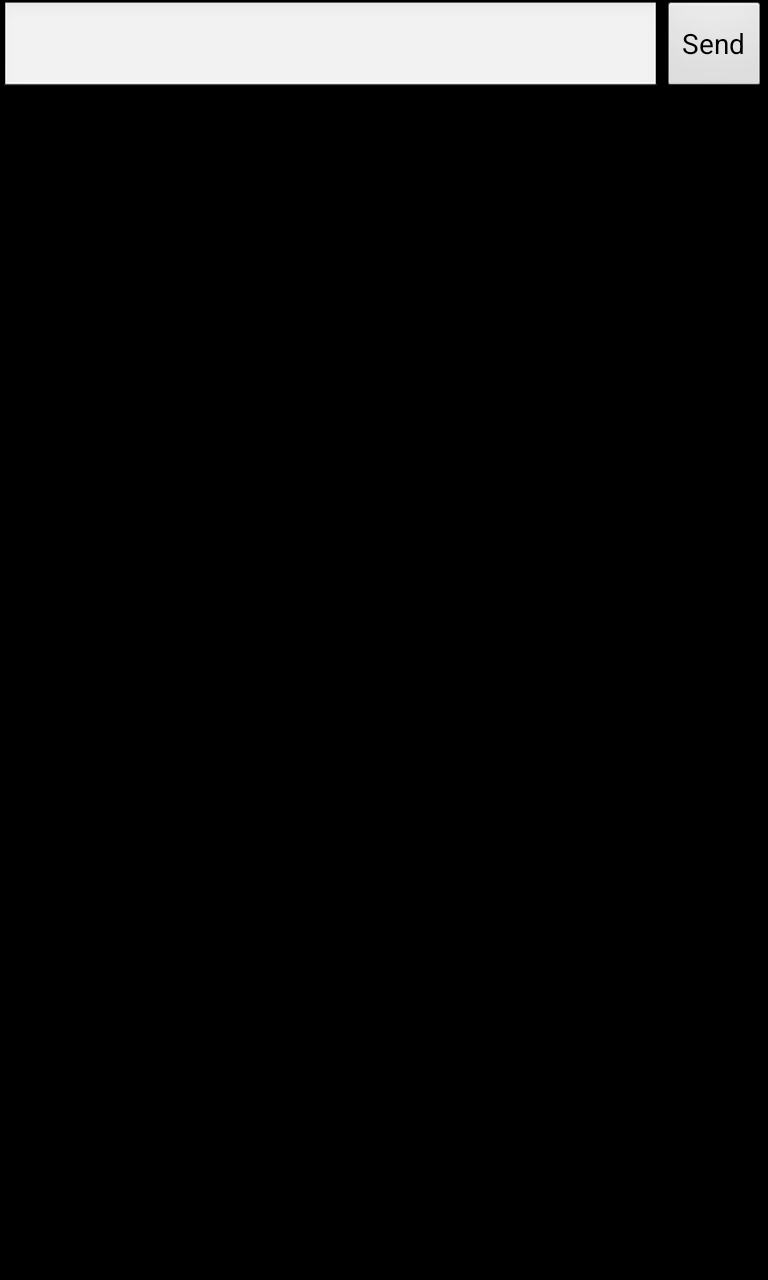
Repository: alexbrickwedde/floodping
Layout: WordClockRemote/res/layout/main.xml
The author's editor kept a copy of each file at every save. The layout is drawn from the files as they stood at one save, then again after the next save.
It is drawn on a 768 x 1280 px phone screen (xhdpi) without system bars, with theme android:Theme; the app's code is not run. Lists and similar views that code fills are empty.

Above is the layout before, as saved 2010-12-19 13:29:02.

After the next save:
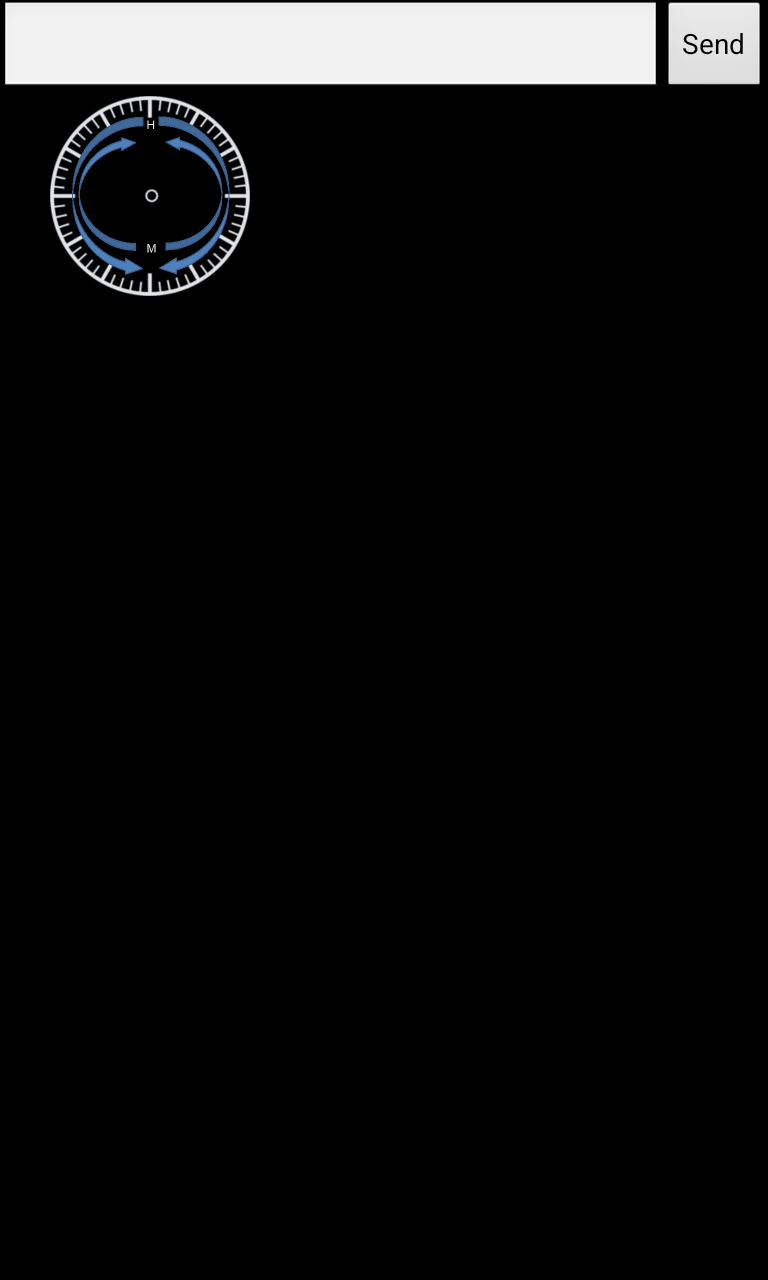
Saved 5 min 10 s later.
--- a/WordClockRemote/res/layout/main.xml
+++ b/WordClockRemote/res/layout/main.xml
@@ -20,10 +20,9 @@
 		xmlns:android="http://schemas.android.com/apk/res/android" android:id="@+id/gestures"
 		android:gestureStrokeType="multiple"
 		android:eventsInterceptionEnabled="true" android:layout_width="match_parent"
-		android:layout_height="200px" android:orientation="vertical">
+		android:layout_height="200px" android:orientation="vertical" android:layout_gravity="center" android:paddingLeft="50px">
 
-		<ImageView src="@drawable/zifferblatt" android:layout_width="wrap_content"
-			android:layout_height="wrap_content" android:tint="#55ff0000" />
+		<ImageView android:tint="#55ff0000" android:background="@drawable/zifferblatt" android:layout_height="200px" android:layout_width="200px"/>
 	</android.gesture.GestureOverlayView>
 	<ScrollView android:id="@+id/widget54" android:layout_width="fill_parent"
 		android:layout_height="fill_parent" xmlns:android="http://schemas.android.com/apk/res/android">
